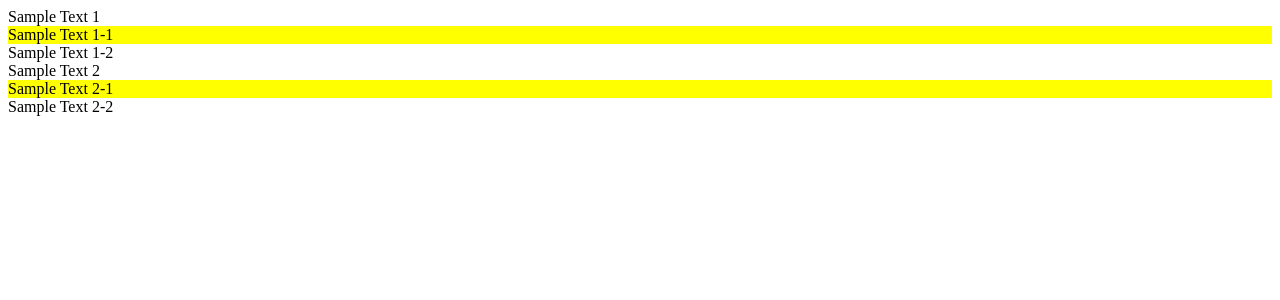
Repository: lixinso/html5
Page: workspace/CSS3/WebContent/selector/selector2.html
The author's editor kept a copy of each file at every save. The page is drawn from the files as they stood at one save, then again after the next save.
The browser window is 1280 px wide. The pictures show the whole page.

Above is the page before, as saved 2011-05-27 14:12:33.

### workspace/CSS3/WebContent/selector/selector2.html
<?xml version="1.0" encoding="UTF-8" ?>
<!DOCTYPE html PUBLIC "-//W3C//DTD XHTML 1.0 Transitional//EN" "http://www.w3.org/TR/xhtml1/DTD/xhtml1-transitional.dtd">
<html xmlns="http://www.w3.org/1999/xhtml">
<head>
<meta http-equiv="Content-Type" content="text/html; charset=UTF-8" />
<style type="text/css">
	[id$=\-1]{
		background-color: yellow;
	}

</style>
</head>
<body>
	<div id="section1" class="divYellow">Sample Text 1</div>
	<div id="subsection1-1">Sample Text 1-1</div>
	<div id="subsection1-2">Sample Text 1-2</div>
	<div id="section2">Sample Text 2</div>
	<div id="subsection2-1">Sample Text 2-1</div>
	<div id="subsection2-2">Sample Text 2-2</div>
</body>
</html>

After the next save:
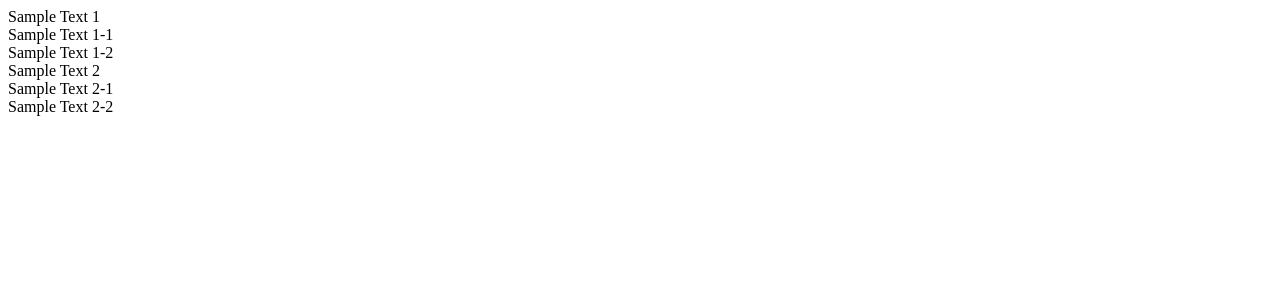
Saved 3 min 26 s later.
--- a/workspace/CSS3/WebContent/selector/selector2.html
+++ b/workspace/CSS3/WebContent/selector/selector2.html
@@ -4,9 +4,8 @@
 <head>
 <meta http-equiv="Content-Type" content="text/html; charset=UTF-8" />
 <style type="text/css">
-	[id$=\-1]{
-		background-color: yellow;
-	}
+
+	a[href$=\/]:after
 
 </style>
 </head>
